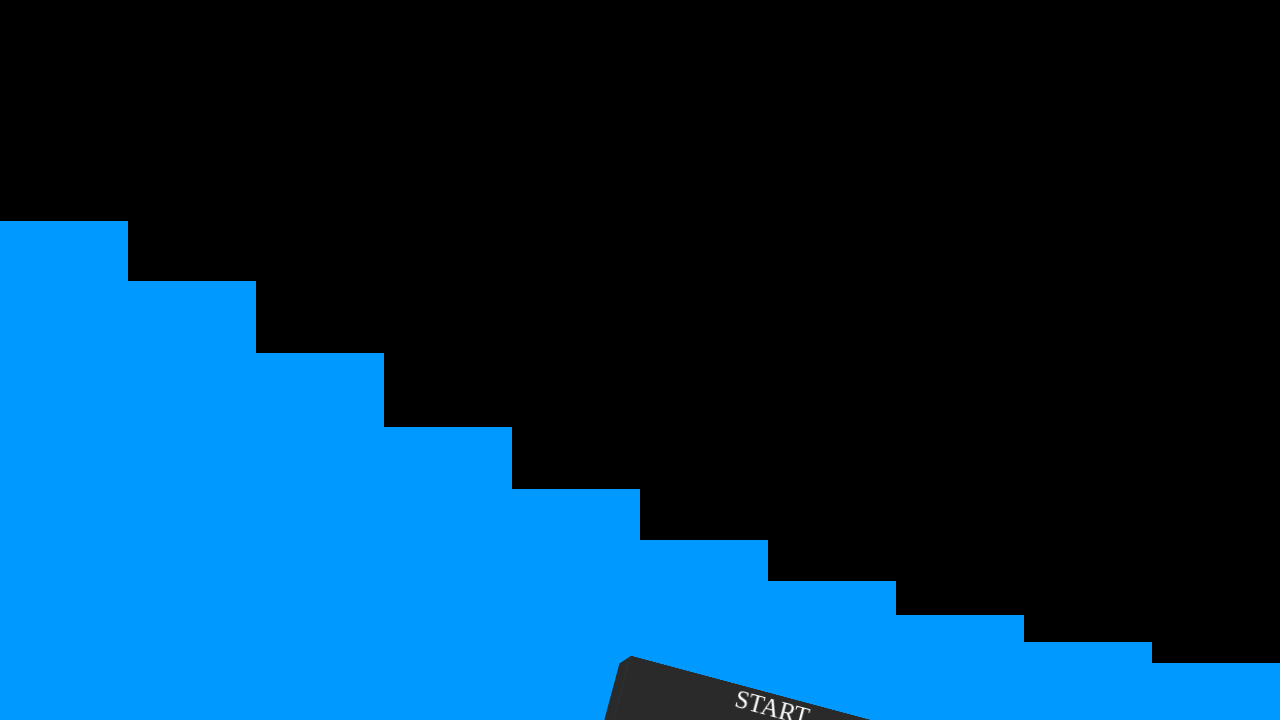
Repository: GG1627/3d-portfolio
Page: /
The author's editor kept a copy of each file at every save. The page is drawn from the files as they stood at one save, then again after the next save.
The browser window is 1280 px wide. The pictures show the whole page.
The project was rebuilt for these pictures with package versions that can differ from the ones it lists, and the page was loaded fresh each time. Also part of the build but not shown: vite.config.ts.

Above is the page before, as saved 2025-01-05 17:10:05.

### src/main.tsx
import { StrictMode } from "react";
import { createRoot } from "react-dom/client";
import "./index.css";
import App from "./App.tsx";
import WelcomeScreen from "./WelcomeScreen.tsx";

createRoot(document.getElementById("root")!).render(
  <StrictMode>
    {/* <App /> */}
    <WelcomeScreen />
  </StrictMode>
);

### src/index.css
html,
body {
  margin: 0;
  padding: 0;
  height: 100vh;
  width: 100vw;
  overflow: hidden; /* Prevent scrollbars */
  background-color: rgb(20, 20, 20);
}

### src/WelcomeScreen.tsx
import React, { useEffect, useState } from "react";
import gsap from "gsap";
import "./WelcomeScreen.css";

function WelcomeScreen() {
  const [counter, setCounter] = useState(0);
  const [isCounterFinished, setIsCounterFinished] = useState(false);

  useEffect(() => {
    // Use setInterval to control the speed of counter updates
    const interval = setInterval(() => {
      if (counter < 100) {
        const increment = Math.floor(Math.random() * 20) + 1; // 7
        setCounter((prevCounter) => {
          const newValue = prevCounter + increment;
          if (newValue >= 100) {
            setIsCounterFinished(true);
            return 100;
          }
          return newValue;
        });
      } else {
        clearInterval(interval); // Clear interval when counter reaches 100
      }
    }, Math.floor(Math.random() * 400) + 300); // Random interval between 300ms and 800ms

    return () => clearInterval(interval); // Clean up the interval when the component unmounts
  }, [counter]);

  useEffect(() => {
    if (isCounterFinished) {
      setTimeout(() => {
        startAnimations();
      }, 700);
    }
  }, [isCounterFinished]);

  // Animation function triggered after counter reaches 100
  function startAnimations() {
    gsap.to(".counter", {
      duration: 0.3,
      opacity: 0,
    });

    gsap.to(".bar", {
      duration: 2.5,
      height: 0,
      stagger: { amount: 0.5 },
      ease: "power4.inOut",
    });

    gsap.to(".button", {
      duration: 4,
      y: "-50vh",
      stagger: { amount: 0.5 },
      ease: "power4.inOut",
    });
  }

  return (
    <div className="screen">
      <h1 className="counter">{counter}</h1>

      <div className="overlay">
        {[...Array(10)].map((_, i) => (
          <div className="bar" key={i}></div>
        ))}
      </div>
      <button className="button">
        <span></span>
        <span></span>
        <span></span>
        <span></span>
        <span>START</span>
      </button>
    </div>
  );
}

export default WelcomeScreen;

### src/WelcomeScreen.css
* {
  margin: 0;
  padding: 0;
  box-sizing: border-box;
}

.screen {
  width: 100vw;
  height: 100vh;
  overflow: hidden;
  background-color: rgb(0, 153, 255);
}

.overlay {
  position: fixed;
  width: 100vw;
  height: 100vh;
  z-index: 2;
  display: flex;
  pointer-events: none;
}

.bar {
  width: 10vw;
  height: 100vh;
  background-color: black;
  pointer-events: none;
}

.counter {
  position: fixed;
  width: 100%;
  height: 100%;
  display: flex;
  justify-content: flex-end;
  align-items: flex-end;
  z-index: 1000;
  color: rgb(0, 153, 255);
  padding: 0.2em 0.4em;
  font-size: 20vw;
  pointer-events: none;
}

/* From Uiverse.io by adamgiebl */
button {
  left: 48%;
  top: 100%;
  transform: rotate(15deg);
  /* transform: skew(25deg); */
  transform-style: preserve-3d;
  position: relative;
  list-style: none;
  width: 300px;
  height: 90px;
  border: none;
  background: transparent;
  font-family: inherit;
  cursor: pointer;
}

button:before {
  content: "";
  position: absolute;
  bottom: -10px;
  left: -5px;
  width: 100%;
  height: 10px;
  background: #2a2a2a;
  transform: skewX(-41deg);
}

button:after {
  content: "";
  position: absolute;
  top: 5px;
  left: -9px;
  width: 9px;
  height: 100%;
  background: #2a2a2a;
  transform: skewY(-49deg);
}

button span {
  position: absolute;
  top: 0;
  left: 0;
  width: 100%;
  height: 100%;
  background: #2a2a2a;
  color: #fff;
  font-size: 25px;
  transition: 1.1s ease-out;
}

button:hover span {
  z-index: 1000;
  transition: 0.3s;
  color: #fff;
}

button:hover span:nth-child(5) {
  transform: translate(40px, -40px);
  opacity: 1;
}

button:hover span:nth-child(4) {
  transform: translate(30px, -30px);
  opacity: 0.8;
}

button:hover span:nth-child(3) {
  transform: translate(20px, -20px);
  opacity: 0.6;
}

button:hover span:nth-child(2) {
  transform: translate(10px, -10px);
  opacity: 0.4;
}

button:hover span:nth-child(1) {
  transform: translate(0px, 0px);
  opacity: 0.2;
}

button:active span:nth-child(5) {
  transform: translate(20px, -20px);
  opacity: 1;
}

button:active span:nth-child(4) {
  transform: translate(15px, -15px);
}

button:active span:nth-child(3) {
  transform: translate(10px, -10px);
}

button:active span:nth-child(2) {
  transform: translate(5px, -5px);
}

button:active span:nth-child(1) {
  transform: translate(0px, 0px);
}

button:nth-child(1):hover span {
  background: #52e19f;
}

Loaded but not shown: index.html (common file)

After the next save:
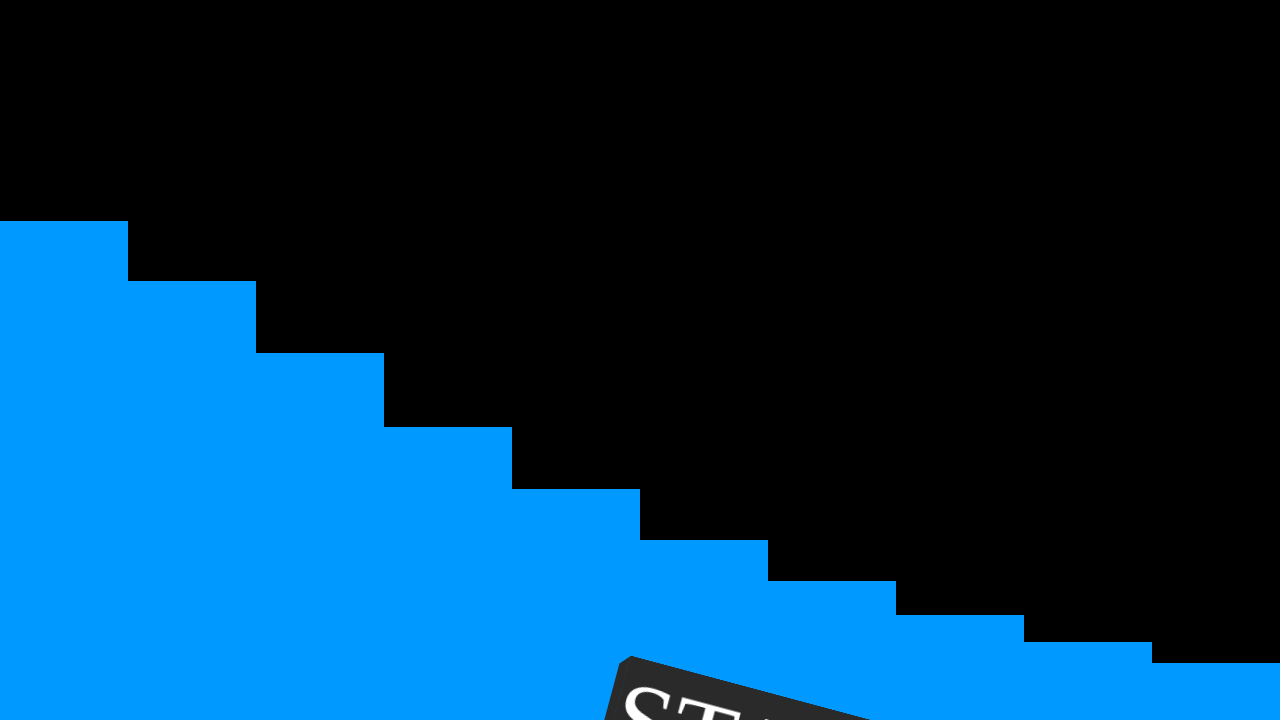
Saved 33 s later.
--- a/src/WelcomeScreen.css
+++ b/src/WelcomeScreen.css
@@ -88,7 +88,7 @@
   height: 100%;
   background: #2a2a2a;
   color: #fff;
-  font-size: 25px;
+  font-size: 105px;
   transition: 1.1s ease-out;
 }
 
